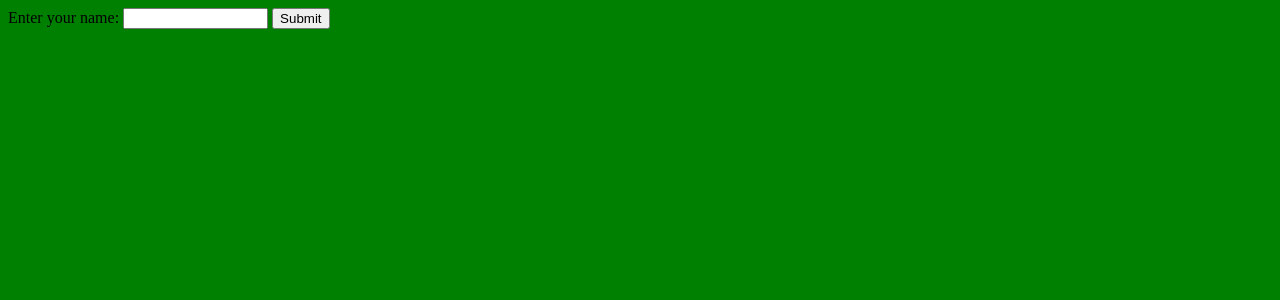
Repository: spgajjal/Day10
Page: HelloWorld/WebContent/home.html
The author's editor kept a copy of each file at every save. The page is drawn from the files as they stood at one save, then again after the next save.
The browser window is 1280 px wide. The pictures show the whole page.

Above is the page before, as saved 2018-09-05 09:43:42.

After the next save:
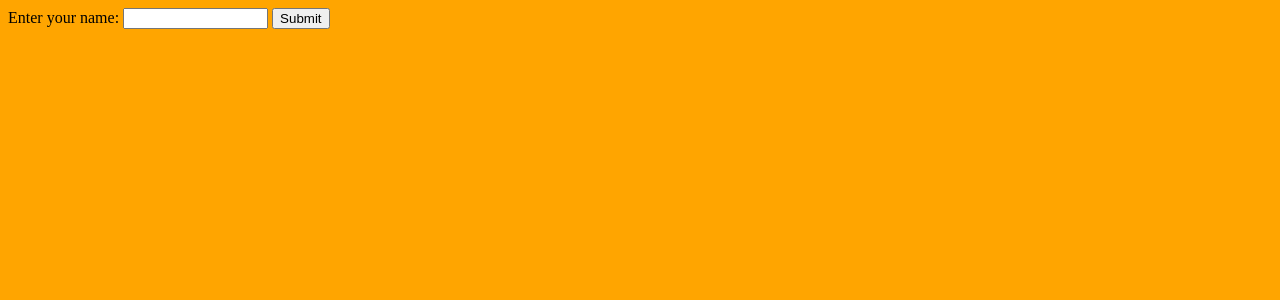
Saved 40 s later.
--- a/HelloWorld/WebContent/home.html
+++ b/HelloWorld/WebContent/home.html
@@ -4,7 +4,7 @@
 <meta charset="ISO-8859-1">
 <title>Home Page</title>
 </head>
-<body bgcolor="green">
+<body bgcolor="orange">
 <!--  <a href="Hello">Click Here</a> -->
 <form action="Greet" method="post">
 <label>Enter your name:</label>
